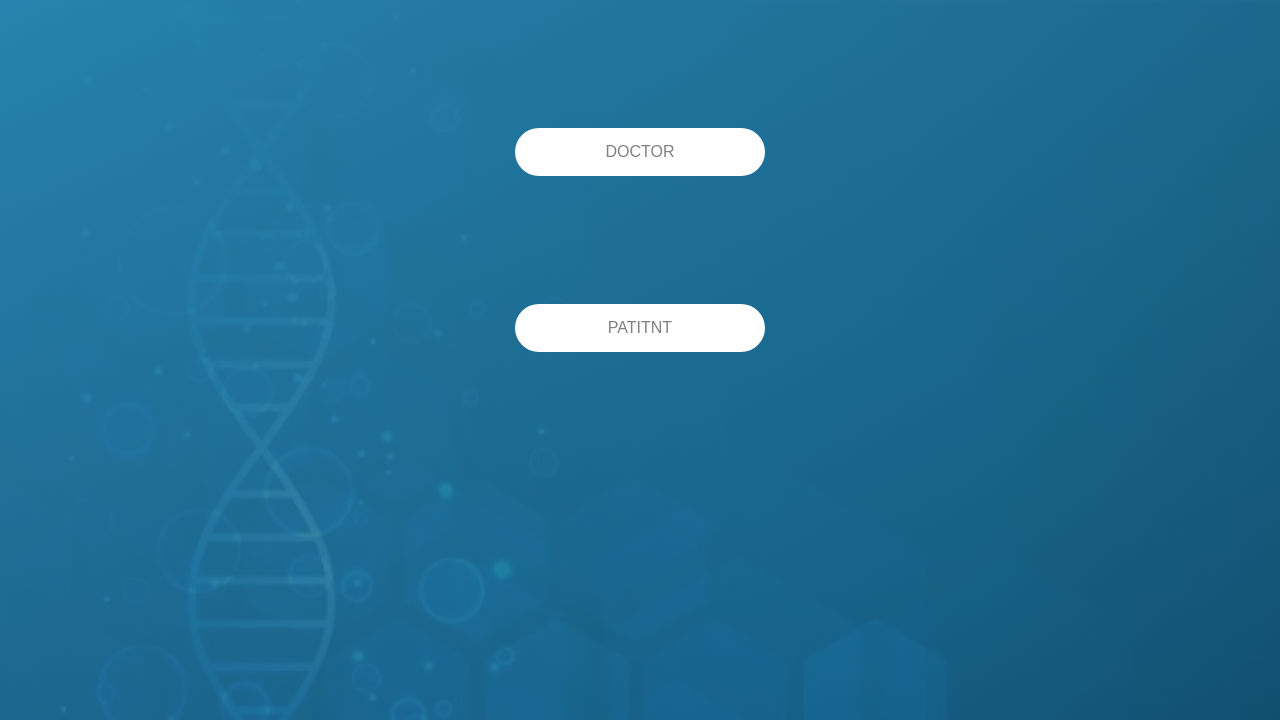
Repository: ajayaj2001/healthcare-digitization
Page: /
An editor plug-in stored every save of this project. The page is shown before and after the next save, followed by the edit.
The browser window is 1280 px wide. The pictures show the whole page.
The project was rebuilt for these pictures with package versions that can differ from the ones it lists, and the page was loaded fresh each time.

Above is the page before, as saved 2021-03-12 18:39:13.

### public/index.html
<!DOCTYPE html>
<html lang="en">

<head>
  <meta charset="utf-8" />
  <meta name="viewport" content="width=device-width, initial-scale=1" />
  <meta name="theme-color" content="#000000" />
  <meta name="description" content="Web site created using create-react-app" />
  <link rel="stylesheet" href="https://fonts.googleapis.com/css?family=Roboto:300,400,500,700&display=swap" />
  <link rel="stylesheet" href="https://fonts.googleapis.com/icon?family=Material+Icons" />

  <!--
      manifest.json provides metadata used when your web app is installed on a
      user's mobile device or desktop. See https://developers.google.com/web/fundamentals/web-app-manifest/
    -->
  <!-- <link rel="manifest" href="%PUBLIC_URL%/manifest.json" /> -->
  <!--
      Notice the use of %PUBLIC_URL% in the tags above.
      It will be replaced with the URL of the `public` folder during the build.
      Only files inside the `public` folder can be referenced from the HTML.

      Unlike "/favicon.ico" or "favicon.ico", "%PUBLIC_URL%/favicon.ico" will
      work correctly both with client-side routing and a non-root public URL.
      Learn how to configure a non-root public URL by running `npm run build`.
    -->
  <title>medical</title>
</head>

<body>
  <noscript>You need to enable JavaScript to run this app.</noscript>
  <div id="root"></div>
  <!--
      This HTML file is a template.
      If you open it directly in the browser, you will see an empty page.

      You can add webfonts, meta tags, or analytics to this file.
      The build step will place the bundled scripts into the <body> tag.

      To begin the development, run `npm start` or `yarn start`.
      To create a production bundle, use `npm run build` or `yarn build`.
    -->
</body>

</html>

### src/index.js
import React from 'react';
import ReactDOM from 'react-dom';
import './index.scss';
import App from './component/app/App';

ReactDOM.render(
  <React.StrictMode>
    <App />
  </React.StrictMode>,
  document.getElementById('root')
);

### src/index.scss
code {
  font-family: source-code-pro, Menlo, Monaco, Consolas, "Courier New", monospace;
}
@mixin respond($breakpoint) {
  @if $breakpoint == phone {
    @media (max-width: 37.5em) {
      @content;
    }
  }

  @if $breakpoint == tab-land {
    @media (max-width: 75em) {
      @content;
    }
  }
  @if $breakpoint == tab-port {
    @media (max-width: 56.25em) {
      @content;
    }
  }
  @if $breakpoint == big-desktop {
    @media (min-width: 112.5em) {
      @content;
    }
  }
}

*,
*::after,
*::before {
  margin: 0;
  padding: 0;
  box-sizing: inherit;
}
body {
  font-family: "Lato", sans-serif;
  font-weight: 400;
  font-size: 16px;
  line-height: 1.7;
  color: #777;
  //padding: 30px;
  box-sizing: border-box;
  @include respond(tab-port) {
    padding: 0;
  }
}

html {
  font-size: 62.5%; //1rem=10px 10px/16px=62.5%
  @include respond(tab-land) {
    //width <1200
    font-size: 56.25%; //1rem=9px
  }
  @include respond(tab-port) {
    //<width <900
    font-size: 50%; //1rem=8px
  }
  // @include respond(phone) {
  //     //<width<600
  //     font-size: 40%; //1rem=4.8px
  // }
  @include respond(big-desktop) {
    //>1200
    font-size: 75%; //1rem=12
  }
}

### src/component/app/App.js
import './App.scss';

import UserType from "../userType/UserType";

function App() {
  return (
    <div className="App">
      <UserType />
    </div>
  );
}

export default App;

### src/component/userType/UserType.js
import React from 'react'
import './UserType.scss'

const UserType = () => {
    return (
        <div className="userType">
<div className="userType-buttons">
            <button className="btn btn--white btn--animation" >Doctor</button>
            <button className="btn btn--white btn--animation" >Patitnt</button>
            </div>
        </div>
    )
}

export default UserType

### src/component/userType/UserType.scss
.userType {
    height: 100vh;
    background-image: linear-gradient(to right bottom, #2783ad, rgba(23, 91, 122, 0.774)), url(../../img/img-1.jpg);
    background-size: cover;
    background-position: top;
    position: relative;
}

.btn {

    &,
    &:link,
    &:visited {
        text-decoration: none;
        padding: 1.5rem 3rem;
        text-transform: uppercase;
        display: inline-block;
        border-radius: 10rem;
        transition: all 0.2s;
        position: relative;
        font-size: 1.6rem;
        width: 25rem;
        margin-bottom: 10%;
        //for button element

        border: none;
        cursor: pointer;
    }
    &:hover {
        transform: translateY(-0.3rem);
        box-shadow: 0 1rem 2rem rgba(0, 0, 0, 0.3);
        &::after {
            transform: scalex(1.4) scaleY(1.6);
            opacity: 0;
        }
    }
    &:active,
    &:focus {
        outline: none;
        transform: translateY(-0.1rem);
        box-shadow: 0 0.5rem 1rem rgba(0, 0, 0, 0.2);
    }
    &--white {
        background-color: #fff;
        color: grey;
        &::after {
            background-color: #fff;
        }
    }
    &::after {
        content: "";
        display: inline-block;
        border-radius: 10rem;
        transition: all 0.4s;
        height: 100%;
        width: 100%;
        top: 0;
        left: 0;
        position: absolute;
        z-index: -1;
    }
    &--animation {
        animation: moveInBottom 0.5s ease-out 0.75 backwards;
    }
}

.userType-buttons{
    display: flex;
    flex-direction: column;
    align-items: center;
    padding-top: 10%;
}

Loaded but not shown: src/component/app/App.scss (no stored copy; drawn as an empty file)

After the next save:
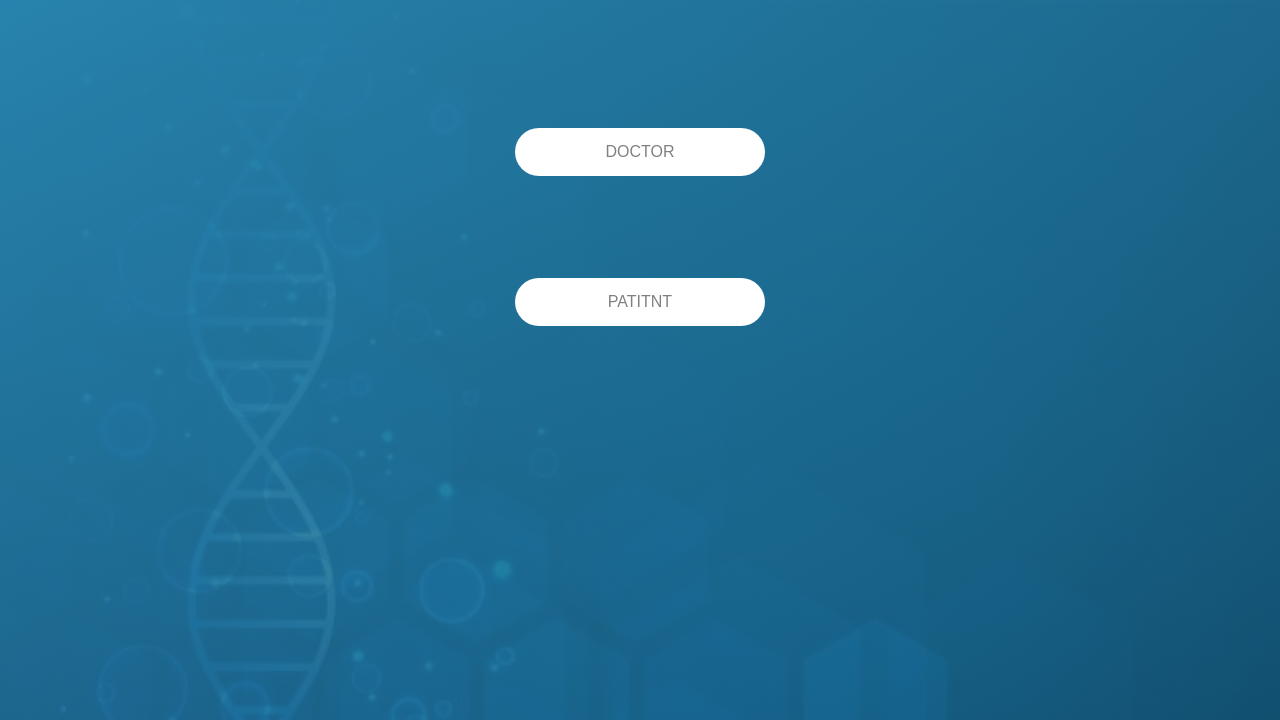
Saved 9 s later.
--- a/src/component/userType/UserType.scss
+++ b/src/component/userType/UserType.scss
@@ -20,7 +20,7 @@
         position: relative;
         font-size: 1.6rem;
         width: 25rem;
-        margin-bottom: 10%;
+        margin-bottom: 8%;
         //for button element
 
         border: none;
